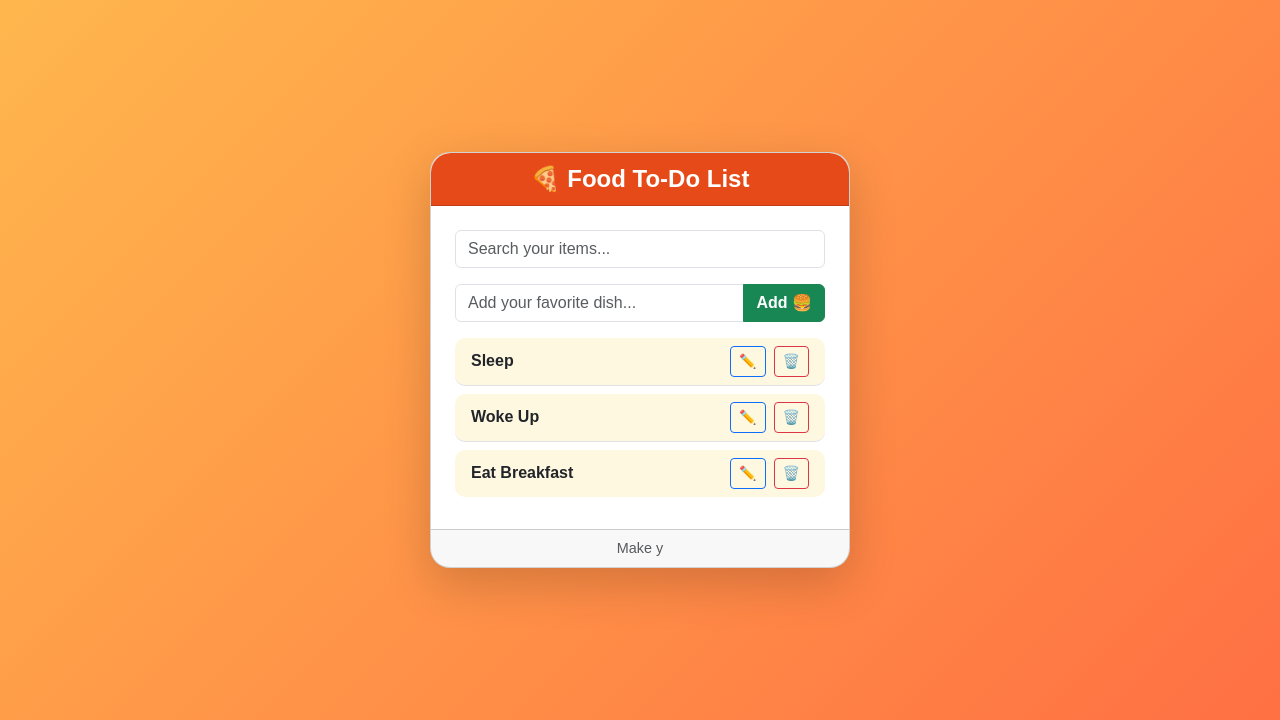
Repository: Dredphoenix/react-todo-app
Page: /
The author's editor kept a copy of each file at every save. The page is drawn from the files as they stood at one save, then again after the next save.
The browser window is 1280 px wide. The pictures show the whole page.
The project was rebuilt for these pictures with package versions that can differ from the ones it lists, and the page was loaded fresh each time. Also part of the build but not shown: vite.config.js.

Above is the page before, as saved 2025-09-29 08:34:34.

### src/App.jsx
import React from 'react';
import { BrowserRouter as Router, Routes, Route, Navigate } from 'react-router-dom';
import Home from './pages/Home';

function App() {


  return (
    <Home/>
  );
}

export default App;

### src/pages/Home.jsx
import React, { useState } from "react";
import "bootstrap/dist/css/bootstrap.min.css";

const Home = () => {
 const [items, setItems] = useState(["Sleep", "Woke Up", "Eat Breakfast"]);
  const [input, setInput] = useState("");
  const [editIndex, setEditIndex] = useState(-1);
  const [search, setSearch] = useState("");

  // Handle Add / Edit
  const handleAdd = () => {
    const trimmed = input.trim();

    if (!trimmed) {
      alert("Please enter a valid input");
      return;
    }

    const isExist = items.find(
      (item) => item.toLowerCase() === trimmed.toLowerCase()
    );

    if (isExist && editIndex === -1) {
      alert("List item already exists");
      return;
    }

    if (editIndex === -1) {
      setItems([...items, trimmed]);
    } else {
      const updated = [...items];
      updated[editIndex] = trimmed;
      setItems(updated);
      setEditIndex(-1);
    }

    setInput("");
  };

  // Delete item
  const handleDelete = (index) => {
    const updated = items.filter((_, i) => i !== index);
    setItems(updated);
  };

  // Edit item
  const handleEdit = (index) => {
    setInput(items[index]);
    setEditIndex(index);
  };

  // Search filter
  const filteredItems = items.filter((item) =>
    item.toLowerCase().includes(search.toLowerCase())
  );

  // Add using Enter key
  const handleEnter = (e) => {
    if (e.key === "Enter") handleAdd();
  };

  return (
    <div
      className="min-vh-100 d-flex align-items-center justify-content-center"
      style={{
        background: "linear-gradient(135deg, #FFB74D, #FF7043)",
        fontFamily: "Poppins, sans-serif",
      }}
    >
      <div className="card shadow-lg" style={{ width: "420px", borderRadius: "20px" }}>
        <div
          className="card-header text-center text-white fw-bold"
          style={{
            backgroundColor: "#E64A19",
            borderTopLeftRadius: "20px",
            borderTopRightRadius: "20px",
            fontSize: "1.5rem",
          }}
        >
          🍕 Food To-Do List
        </div>

        <div className="card-body p-4">
          {/* Search bar */}
          <div className="input-group mb-3">
            <input
              type="text"
              className="form-control"
              placeholder="Search your items..."
              value={search}
              onChange={(e) => setSearch(e.target.value)}
            />
          </div>

          {/* Input for Add/Edit */}
          <div className="input-group mb-3">
            <input
              type="text"
              className="form-control"
              placeholder={editIndex === -1 ? "Add your favorite dish..." : "Edit item..."}
              value={input}
              onChange={(e) => setInput(e.target.value)}
              onKeyDown={handleEnter}
            />
            <button
              className={`btn ${editIndex === -1 ? "btn-success" : "btn-primary"} fw-bold`}
              onClick={handleAdd}
            >
              {editIndex === -1 ? "Add 🍔" : "Update ✏️"}
            </button>
          </div>

          {/* Render List */}
          {filteredItems.length === 0 ? (
            <p className="text-center text-muted fst-italic">
              🥗 Nothing to show...
            </p>
          ) : (
            <ul className="list-group list-group-flush">
              {filteredItems.map((item, index) => (
                <li
                  key={index}
                  className="list-group-item d-flex justify-content-between align-items-center"
                  style={{
                    borderRadius: "10px",
                    background: "#FFF8E1",
                    marginBottom: "8px",
                  }}
                >
                  <span className="fw-semibold">{item}</span>
                  <div>
                    <button
                      className="btn btn-sm btn-outline-primary me-2"
                      onClick={() => handleEdit(index)}
                    >
                      ✏️
                    </button>
                    <button
                      className="btn btn-sm btn-outline-danger"
                      onClick={() => handleDelete(index)}
                    >
                      🗑️
                    </button>
                  </div>
                </li>
              ))}
            </ul>
          )}
        </div>

        <div
          className="card-footer text-center text-muted"
          style={{
            fontSize: "0.9rem",
            borderBottomLeftRadius: "20px",
            borderBottomRightRadius: "20px",
          }}
        >
          Make y
        </div>
      </div>
    </div>
  );
};

export default Home;

Loaded but not shown: src/main.jsx (common file); src/index.css (no stored copy; drawn as an empty file)

After the next save:
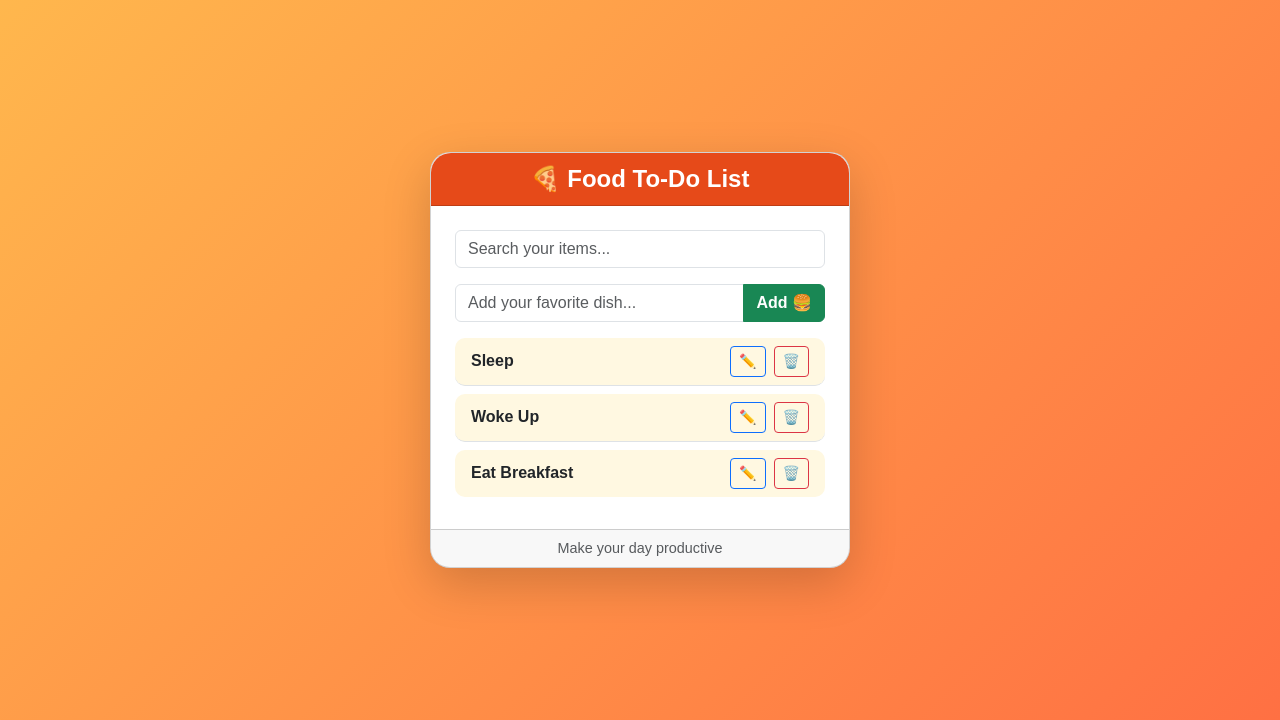
Saved 7 s later.
--- a/src/pages/Home.jsx
+++ b/src/pages/Home.jsx
@@ -156,7 +156,7 @@ const Home = () => {
             borderBottomRightRadius: "20px",
           }}
         >
-          Make y
+          Make your day productive
         </div>
       </div>
     </div>
